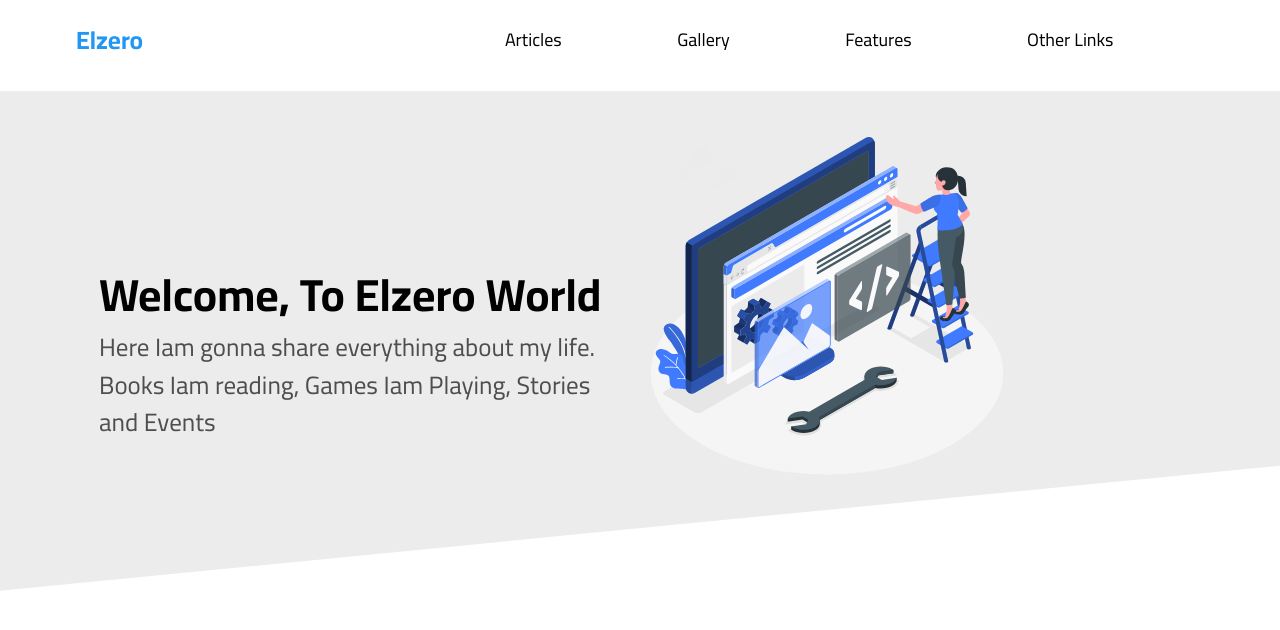
Repository: Toqa-25/elzeroAcdemey-Templete
Page: index.html
An editor plug-in stored every save of this project. The page is shown before and after a run of saves, followed by the edit.
The browser window is 1280 px wide. The pictures show the whole page.

Above is the page before, as saved 2022-01-16 22:41:51.

### index.html
<!DOCTYPE html>
<html lang="en">
<head>
    <meta charset="UTF-8">
    <meta http-equiv="X-UA-Compatible" content="IE=edge">
    <meta name="viewport" content="width=device-width, initial-scale=1.0">
    <!-- normalize file -->
    <link rel="stylesheet" href="css/normalize.css">
    <!-- css files -->
    <link rel="stylesheet" href="css/style.css">
    <!-- fontAwosem file -->
    <link rel="stylesheet" href="css/all.min.css">
     <!-- font files -->
     <link rel="preconnect" href="https://fonts.googleapis.com">
    <link rel="preconnect" href="https://fonts.gstatic.com" crossorigin>
    <link href="https://fonts.googleapis.com/css2?family=Cairo:wght@200;400;700;800;900&display=swap" rel="stylesheet">
    <!-- page title -->
    <title>templete 3</title>
</head>
<body>
    <!-- header section -->
    <header id="" class="">
        <div class="container">
            <div class="header-content">
                <div class="header-content-logo">
                    <a href="index.html" class="logo link-none">Elzero</a>
                </div>
                <nav>
                    <ul class="nav-list unlist">
                        <li class="nav-list-item"> <a href="" class="link-none  link-style" id="articles">articles</a></li>
                        <li class="nav-list-item"> <a href="" class="link-none  link-style" id="gallery">gallery</a></li>
                        <li class="nav-list-item"> <a href="" class="link-none  link-style" id="features">features</a></li>
                        <li class="nav-list-item" id="parent-other-links"> <a href="javascript:;" class="link-none  link-style " >other links</a>
                            <div class="other-links " id="child-other-links">
           <div class="other-links-content">
            <div class="other-links-content-img">
                <img src="images/header/Video files-amico.svg" alt="">
            </div>

            <ul class="other-links-list unlist">
            <div class="other-links-list-group-one">
              <li id="" class="other-links-list-item"><a href="" class="link-none  link-style "><i class="far fa-comments"></i> testimonials</a></li>
              <li id="" class="other-links-list-item"><a href="" class="link-none  link-style "><i class="far fa-user"></i> team member</a></li>
              <li id="" class="other-links-list-item"><a href="" class="link-none  link-style"><i class="far fa-building"></i> services</a></li>
              <li id="" class="other-links-list-item"><a href="" class="link-none  link-style"><i class="far fa-check-circle"></i> our skils</a></li>
              <li id="" class="other-links-list-item"><a href="" class="link-none  link-style"><i class="far fa-clipboard"></i> how it work</a></li>
            </div>
            <div class="other-links-list-group-one">
                <li id="" class="other-links-list-item"><a href="" class="link-none  link-style"><i class="far fa-calendar-alt"></i> events</a></li>
                <li id="" class="other-links-list-item"><a href="" class="link-none  link-style"><i class="fas fa-server"></i> pricing planes</a></li>
                <li id="" class="other-links-list-item"><a href="" class="link-none  link-style"><i class="far fa-play-circle"></i> top video</a></li>
                <li id="" class="other-links-list-item"><a href="" class="link-none  link-style"><i class="fas fa-chart-bar"></i> states</a></li>
                <li id="" class="other-links-list-item"><a href="" class="link-none  link-style"><i class="fas fa-percent"></i> request a discount</a></li>
            </div>
        </ul>
       </div>
       </div>
                        </li>

                    </ul>
                </nav>
            </div>
        </div>
    </header>
    <!-- welcom section -->
    <section id="welcome" class="welcome">
        <div class="container">
            <div class="welcome-content">
                <div class="welcome-content-info">
                    <h1 class="welcome-content-info-head">welcome, to elzero world</h1>
                    <p class="welcome-content-info-text">Here Iam gonna share everything about my life. Books Iam reading, Games Iam Playing, Stories and Events</p>
                </div>
                <div class="welcome-content-img">
                    <img src="images/welcome/Website setup-amico.svg" alt="" srcset="">
                </div>
            </div>
        </div>

    </section>


       <script src="script.js">

       </script>
</body>
</html>

### css/style.css
 /*
  - container
  -section head

 */
 /* global style */
 :root{
     /* --main-color:#45B2F8; */
     --main-color:#2196F3;
     --s-background:#ececec54;
     --f-background:#ececec;
     --p-color:#D6ECEC;
 }

 html , body{
     width: 100%;
     height: 100%;
     margin: 0;
     padding: 0;
     overflow: hidden;
 }
 * , h1{
     box-sizing: border-box;
     margin: 0;
     padding: 0;
 }
 body{
     font-family: "Cairo", sans-serif;
 }
 .container{
      width: 90%;
      margin:0 auto;
      /* padding: 15px 0; */
 }
 .link-none{
     text-decoration: none;
 }
 .unlist{
     list-style: none;
 }
 .link-style{
    font-size: 18px;
    text-transform: capitalize;
 }

 /* header style */
 header{
   margin-bottom: 10px;
 }
.header-content{
    display: flex;
    justify-content: space-between;
    align-items: center;
    padding: 10px 12px ;
    margin-bottom: 10px;
}
.logo{
    font-weight: bolder;
    font-size:25px;
    color:var(--main-color)
}

nav{
    width: 70%;
}
.nav-list{
    display: flex;
    justify-content: space-evenly;
    align-items: center;
}
.nav-list-item {
    cursor: pointer;
    color:#000;
    padding: 20px  25px;
    position: relative;
    transition: background-color .2s ;
    -webkit-transition: background-color .2s ;
    -moz-transition: background-color .2s ;
    -ms-transition: background-color .2s ;
    -o-transition: background-color .2s ;
}
.nav-list-item::before{
    content: "";
    height: 3px;
    width: 0;
    background-color: var(--main-color);
    position: absolute;
    top: 0px;
    left: 0;
    transition: width .6s;
    -webkit-transition: width .6s;
    -moz-transition: width .6s;
    -ms-transition: width .6s;
    -o-transition: width .6s;
}
.nav-list-item a{
        color:#000;
}

.nav-list-item:hover  {
    background-color: var(--s-background);
}
.nav-list-item:hover  a {
    color:var(--main-color);
}
.nav-list-item:hover::before{
        width: 100%;
}
#parent-other-links{
    position: relative;
}
#parent-other-links:hover #child-other-links{
    transform:translateY(20px) ;
    -webkit-transform:translateY(20px) ;
    -moz-transform:translateY(20px) ;
    -ms-transform:translateY(20px) ;
    -o-transform:translateY(20px) ;
}
/* media query for header*/
@media (max-width:767px){
    .header-content{
        flex-direction:column ;
        padding:5px 12px;
}
.header-content-logo{
    margin-bottom: 5px;
}
nav{
    width: 80%;
}
.nav-list-item{
    padding:17px 10px;
}
.nav-list-item a{
    font-size: 15px;
}
}
                       /*************************************/
/* style for other links */
.other-links{
 /*margin-top: 10px;
 */margin: 10 auto;
 transform: translatey(1000%);
 -webkit-transform: translatey(1000%);
 -moz-transform: translatey(1000%);
 -ms-transform: translatey(1000%);
 -o-transform: translatey(1000%);
 transition: transform .5s;
 -webkit-transition: transform .5s;
 -moz-transition: transform .5s;
 -ms-transition: transform .5s;
 -o-transition: transform .5s;
}
.other-links-content{
    display: flex;
    border-bottom: 4px solid var(--main-color);
    border-top: 2px solid var(--s-background);
}
.other-links-content-img{
    margin:auto;
}
.other-links-content-img img{
    width: 100%;
}
.other-links-list{
    width:55%;
    display: flex;
    justify-content: space-between;
    padding: 10px;
    align-items: center;
}
.other-links-list-group-one{
    width:45%
}
.other-links-list-item{
    padding: 15px ;
    border-bottom: 1px solid rgba(0, 0, 0, 0.337);
    position: relative;
    cursor: pointer;

}
.other-links-list-item:last-child{
    border:none;
}
.other-links-list-item::before{
    content:"";
    position: absolute;
    top: 0;
    left: 0;
    height: 100%;
    width: 0%;
    background-color: var(--s-background);
    transition:width .5s;
    -webkit-transition:width .5s;
    -moz-transition:width .5s;
    -ms-transition:width .5s;
    -o-transition:width .5s;
}
.other-links-list-item:hover::before{
    width: 100%;
}
.other-links-list-item a{
    font-weight: bold;
    color:var(--main-color)
}
.other-links-list-item > a > i{
 margin-right: 10px;
}
.other{
    transform: translatey(20px);
    -webkit-transform: translatey(20px);
    -moz-transform: translatey(20px);
    -ms-transform: translatey(20px);
    -o-transform: translatey(20px);
}
#child-other-links{
    width:85vw;
    position: absolute;
    right: 5px;
    /* background-color: violet; */
}
@media(max-width:991px){
    #child-other-links{
     width:87vw;
    }
     .other-links-content-img{
        display: none;
    }
    .other-links-list{
        width: 100%;
    }
}
@media(max-width:767px){
    #child-other-links{
        width:100vw;
        margin-right: -166px;
    }
     .other-links-list{
        flex-direction: column;
    }
        .other-links-list-group-one{
    width:100%;
}
.other-links-list-item:last-child{
    border-bottom: 1px solid rgba(0, 0, 0, 0.337);
}
 .other-links-list-item a{
     font-size: 18px;
 }
}
/********************************************************************************************/
/* style for other welcome section */

.welcome{
    /* background-color: var(--s-background);
    clip-path: polygon(0 0, 100% 0, 100% 35%, 0 70%);
    margin-bottom: 500px; */
    /* background-color: var(--s-background);
    clip-path: polygon(0 0, 100% 0, 100% 35%, 0 70%);
    margin-bottom: 500px; */
   background-color: var(--f-background);
    clip-path: polygon(0 0, 100% 0, 100% 75%, 0 100%);
    height: 500px;
    padding: 20px 0px;
    margin-bottom: 500px;

}

.welcome-content{
    display: flex;
}
.welcome-content-info{
    width:50%;
    padding: 150px 35px;
    line-height: 1.5;
}
.welcome-content-info-head {
    font-size: 45px;
    text-transform: capitalize;
    /* margin-bottom: 10px; */
}
.welcome-content-info-text{
    color:rgba(0, 0, 0, 0.67);
    font-size: 25px;
}
.welcome-content-img{
    width:50%;
    position: relative;

}
.welcome-content-img img{
    width:65%
}

@keyframes move{
    from{

    }
}

### script.js
let otherParent = document.getElementById("parent-other-links");
let otherChild = document.getElementById("child-other-links");
otherParent.onclick = function () {
  otherChild.classList.toggle("other");
};

Loaded but not shown: css/normalize.css (library); css/all.min.css (library)

After the next 2 saves:
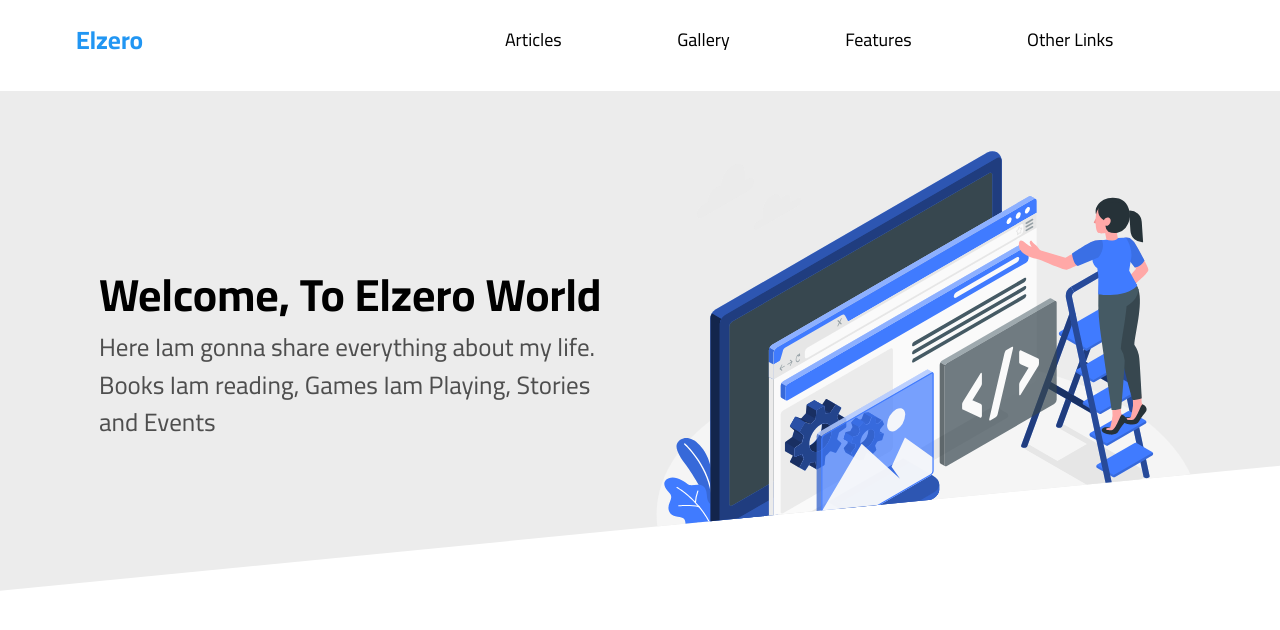
The 2 saves are shown as one change because they came seconds apart.
The last was saved 11 s later.
--- a/css/style.css
+++ b/css/style.css
@@ -290,6 +290,7 @@ nav{
 }
 .welcome-content-img img{
     width:65%
+    pos
 }
 
 @keyframes move{
